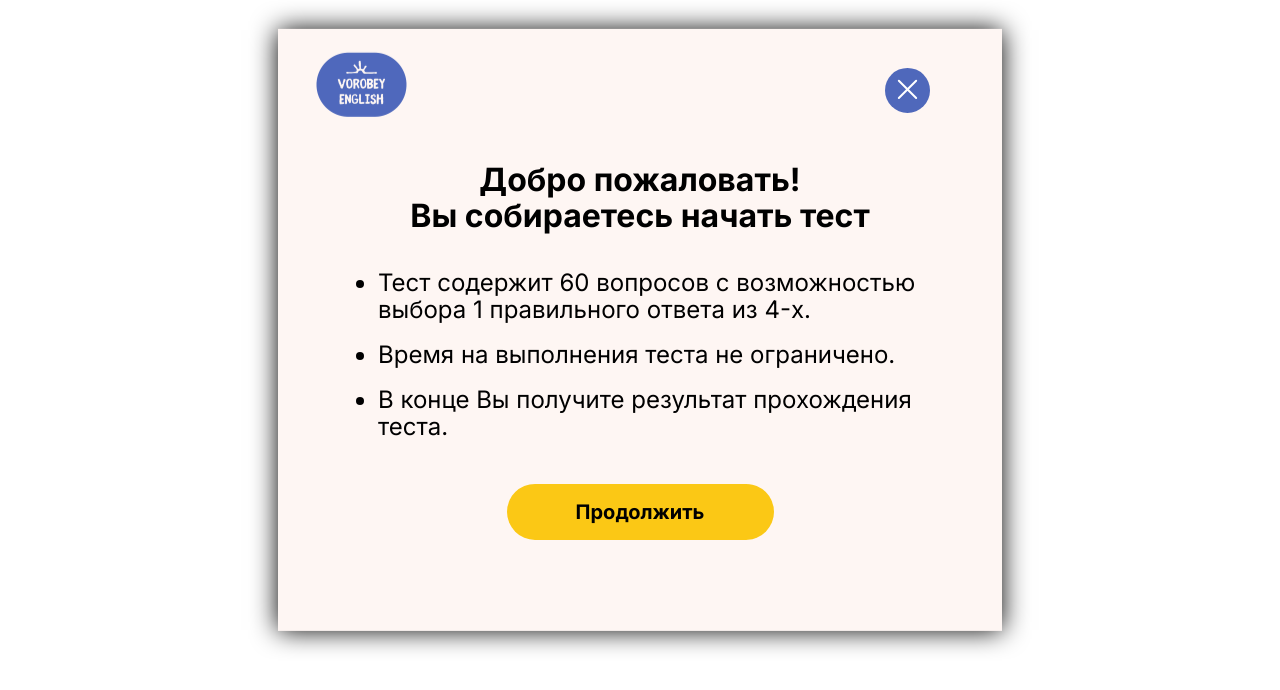
Repository: WladimirVA/PP-01-01_Dandelions
Page: next_test.html
These files come from the project's save history. The page is drawn as it stood at one moment and after the next save; the edit follows.
The browser window is 1280 px wide. The pictures show the whole page.

Above is the page before, as saved 2023-02-14 16:24:42.

After the next save:
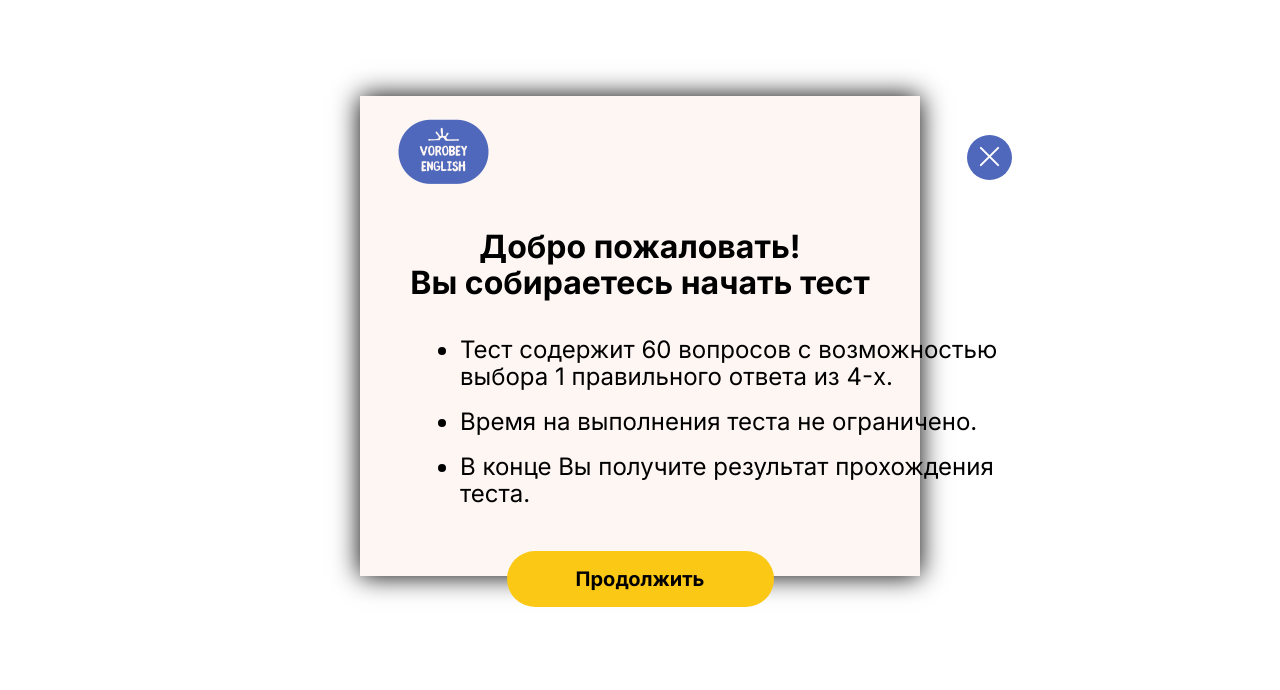
Saved 5 min 22 s later.
--- a/static/css/name.css
+++ b/static/css/name.css
@@ -12,8 +12,8 @@ body {
 }
 
 .NAME_LOGO {
-    width: 724px;
-    height: 602px;
+    width: 560px;
+    height: 480px;
     position: fixed; top: 50%; left: 50%;
     transform: translate(-50%, -55%);
     box-shadow: 0px 0px 25px;
